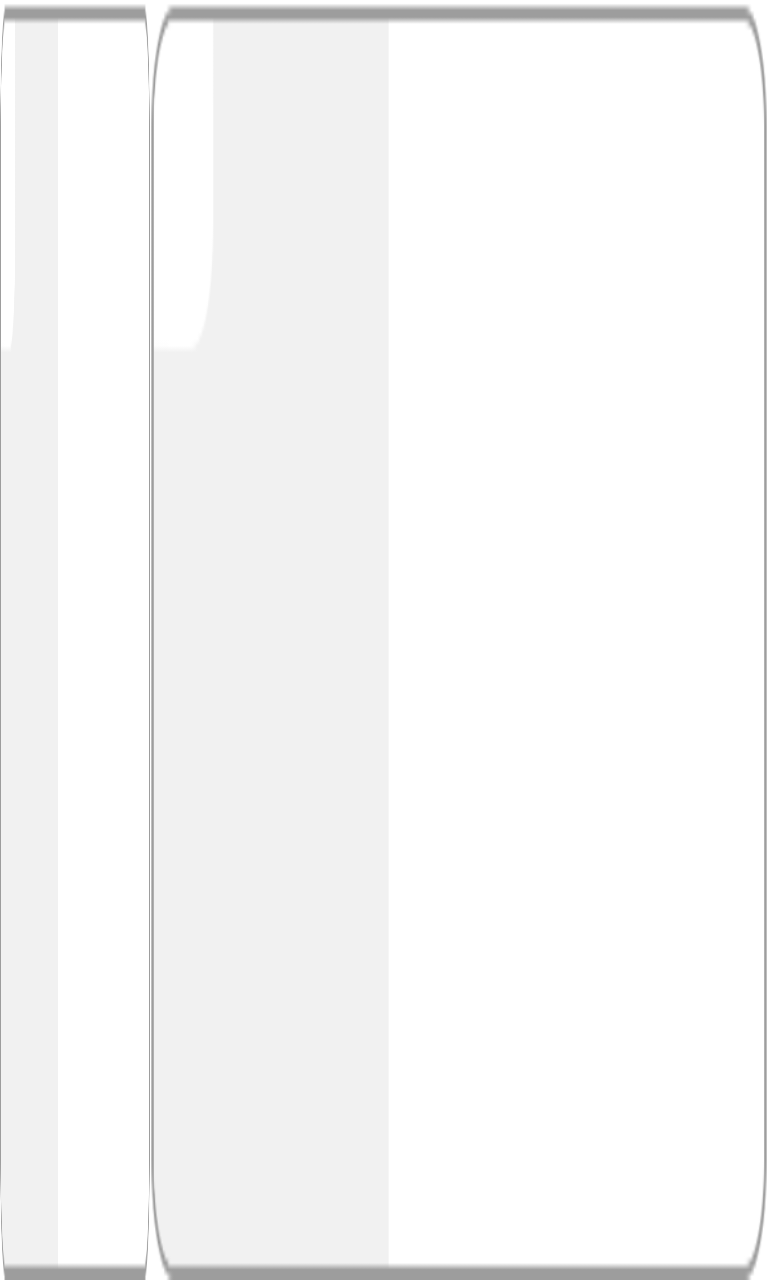
Repository: dokwon/mingle_final_client
Layout: mingle/res/layout/vote_row.xml
The author's editor kept a copy of each file at every save. The layout is drawn from the files as they stood at one save, then again after the next save.
It is drawn on a 768 x 1280 px phone screen (xhdpi) without system bars, with theme WhiteTheme; the app's code is not run.

Above is the layout before, as saved 2014-08-06 03:21:36.

### mingle/res/layout/vote_row.xml
<?xml version="1.0" encoding="utf-8"?>
<LinearLayout xmlns:android="http://schemas.android.com/apk/res/android"
    android:layout_width="match_parent"
    android:layout_height="match_parent"
    android:orientation="horizontal" >


    <LinearLayout android:layout_weight="1" android:layout_height="fill_parent" android:layout_width="150dp">
        <RelativeLayout
            android:orientation="vertical"
            android:id="@+id/female_vote_rl"
            android:background="@drawable/vote_profile"
            android:tag="front"

            style="@style/MyListFrontContent">
		    	<ImageView
		                style="@style/ChatRoomRank"
		                android:id="@+id/top_female_rank"/>
		    	<ImageView
		                style="@style/ChatRoomImage"
		                android:id="@+id/top_female_image"/>


		        <TextView
		                android:layout_width="fill_parent"
		                android:layout_height="wrap_content"
		                android:layout_toRightOf="@id/top_female_image"
		                style="@style/MyListTitle"
		                android:id="@+id/top_female_name"/>
        </RelativeLayout>
    </LinearLayout>
    <LinearLayout android:layout_weight="1" android:layout_height="fill_parent" android:layout_width="fill_parent">
        <RelativeLayout
            android:orientation="vertical"
            android:id="@+id/male_vote_rl"
            android:background="@drawable/vote_profile"
            android:tag="front"
            style="@style/MyListFrontContent">
        			<ImageView
		                style="@style/ChatRoomRank"
		                android:id="@+id/top_male_rank"/>
        			<ImageView
              			  style="@style/ChatRoomImage"
              			  android:id="@+id/top_male_image"/>


			        <TextView
			                android:layout_width="fill_parent"
			                android:layout_height="wrap_content"
			                android:layout_toRightOf="@id/top_male_image"
			                style="@style/MyListTitle"
			                android:id="@+id/top_male_name"/>
        </RelativeLayout>
    </LinearLayout>

</LinearLayout>

### mingle/res/values/styles.xml
<resources>


    <style name="WhiteTheme" parent="@android:style/Theme.Holo.Light">
        <item name="android:actionBarStyle">@style/MyActionBar</item>
    </style>

    <style name="MyActionBar" parent="@android:style/Widget.Holo.Light.ActionBar">
        <item name="android:background">#FFFFFF</item>
    </style>


    <!--
        Base application theme, dependent on API level. This theme is replaced
        by AppBaseTheme from res/values-vXX/styles.xml on newer devices.
    -->
    <style name="AppBaseTheme" parent="android:Theme.Light">
        <!--
            Theme customizations available in newer API levels can go in
            res/values-vXX/styles.xml, while customizations related to
            backward-compatibility can go here.
        -->
    </style>

    <!-- Application theme. -->
    <style name="AppTheme" parent="AppBaseTheme">
        <!-- All customizations that are NOT specific to a particular API-level can go here. -->
    </style>

    <!--  Title Bar Theme -->
    <style name="ProfileTheme" parent="android:Theme.Light">
        <item name="android:windowTitleSize">@dimen/title_bar_height</item>
        <item name="android:windowTitleBackgroundStyle">@style/WindowTitleBackground</item>
	</style>



    <!--  Chat Room Theme -->
	<style name="ChatRoomTheme" parent="android:Theme.Light">
        <item name="android:windowTitleSize">50dp</item>
        <item name="android:windowTitleBackgroundStyle">@style/WindowTitleBackground</item>
	</style>

	<!--  Photo View Theme -->
	<style name="PictureViewTheme">

    	<item name="android:background">#FFEAEAEA</item>
	</style>

    <style name="WindowTitleBackground">
        <item name="android:background">@color/titlebackgroundcolor</item>
    </style>

    <!--  Swipe list view theme -->
	<style name="MyListBackContent">
       <item name="android:layout_width">fill_parent</item>
       <item name="android:layout_height">fill_parent</item>
       <item name="android:background">@drawable/background_back</item>
       <item name="android:gravity">right</item>
   </style>

   <style name="MyListFrontContent">
       <item name="android:layout_width">fill_parent</item>
       <item name="android:layout_height">fill_parent</item>
       <item name="android:background">@drawable/background_front</item>
       <item name="android:padding">8dp</item>
   </style>

     <style name="MyListButtonAction">
       <item name="android:layout_margin">5dp</item>
         <item name="android:layout_width">80dp</item>
       <item name="android:layout_height">30dp</item>

   </style>

     <style name="UserListImage">
       <item name="android:layout_width">180dp</item>
       <item name="android:layout_height">180dp</item>
       <item name="android:scaleGravity">fill</item>
       <item name="android:layout_marginRight">8dp</item>
   </style>

     <style name="ChatRoomImage">
       <item name="android:layout_width">67dp</item>
       <item name="android:layout_height">67dp</item>
       <item name="android:scaleGravity">fill</item>
       <item name="android:layout_marginRight">8dp</item>
   </style>

   <style name="MyListTitle">
       <item name="android:paddingBottom">8dp</item>
       <item name="android:textSize">17sp</item>
       <item name="android:textStyle">bold</item>
       <item name="android:maxLines">2</item>
       <item name="android:ellipsize">end</item>
   </style>
   <style name="ChatRoomRank">
       <item name="android:layout_alignParentTop">true</item>
       <item name="android:layout_alignParentLeft">true</item>

       <item name="android:layout_width">25dp</item>
       <item name="android:layout_height">25dp</item>
   </style>

</resources>

After the next save:
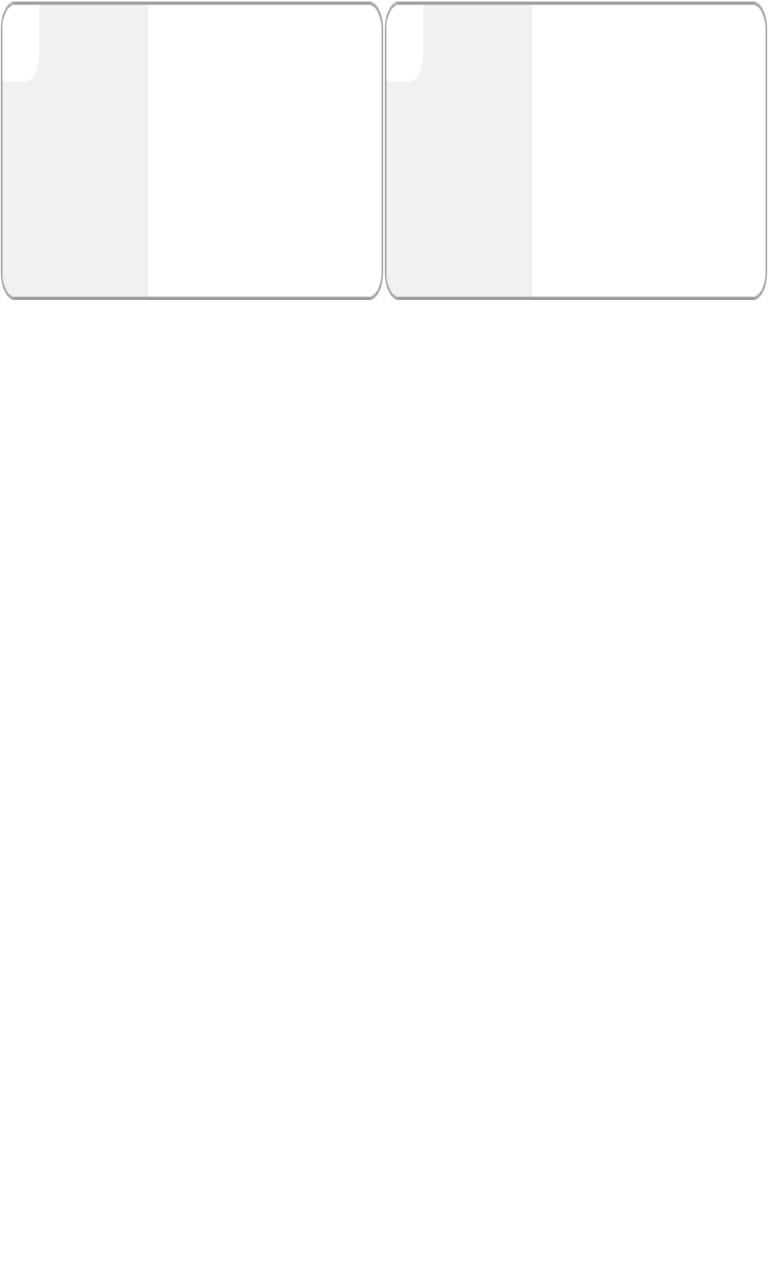
Saved 31 s later.
--- a/mingle/res/layout/vote_row.xml
+++ b/mingle/res/layout/vote_row.xml
@@ -5,7 +5,7 @@
     android:orientation="horizontal" >
 
 
-    <LinearLayout android:layout_weight="1" android:layout_height="fill_parent" android:layout_width="150dp">
+    <LinearLayout android:layout_weight="1" android:layout_height="150dp" android:layout_width="fill_parent">
         <RelativeLayout
             android:orientation="vertical"
             android:id="@+id/female_vote_rl"
@@ -29,7 +29,7 @@
 		                android:id="@+id/top_female_name"/>
         </RelativeLayout>
     </LinearLayout>
-    <LinearLayout android:layout_weight="1" android:layout_height="fill_parent" android:layout_width="fill_parent">
+    <LinearLayout android:layout_weight="1" android:layout_height="150dp" android:layout_width="fill_parent">
         <RelativeLayout
             android:orientation="vertical"
             android:id="@+id/male_vote_rl"
